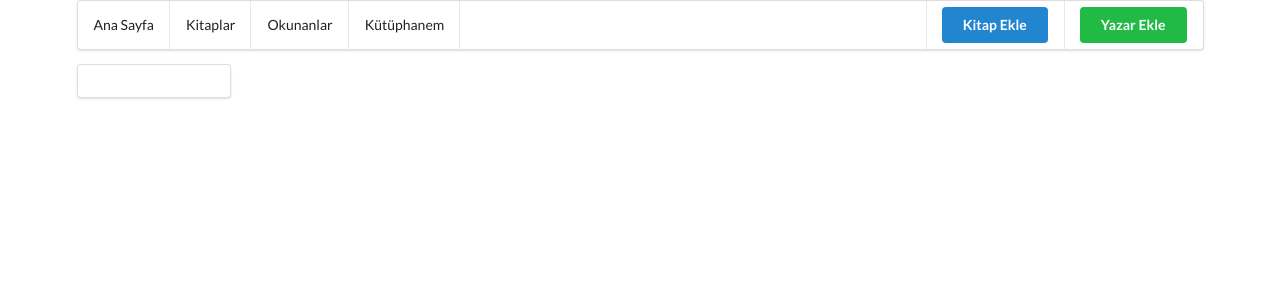
Repository: rizacantire/libraryReactApp
Page: /
An editor plug-in stored every save of this project. The page is shown before and after the next save, followed by the edit.
The browser window is 1280 px wide. The pictures show the whole page.
The page's requests for data from a server got no answer. The project was rebuilt for these pictures with package versions that can differ from the ones it lists, and the page was loaded fresh each time. No one was signed in, and anything a server would have sent is missing.

Above is the page before, as saved 2021-08-17 22:41:54.

### src/index.js
import React from 'react';
import ReactDOM from 'react-dom';
import './index.css';
import App from './App';
import reportWebVitals from './reportWebVitals';
import { BrowserRouter } from 'react-router-dom';

ReactDOM.render(

    <BrowserRouter>
    <App /></BrowserRouter>
    ,

  document.getElementById('root')
);

// If you want to start measuring performance in your app, pass a function
// to log results (for example: reportWebVitals(console.log))
// or send to an analytics endpoint. Learn more: https://bit.ly/CRA-vitals
reportWebVitals();

### src/App.js
import './App.css';
import Navi from './layouts/Navi';
import Dashboard from './layouts/Dashboard';
import LeftSide from './layouts/LeftSide'
import 'semantic-ui-css/semantic.min.css'
import { Container, Grid } from 'semantic-ui-react';


function App() {
  return (
    <div className="App">
      <Container>
        <Navi/>
          <Grid>
            <Grid.Row>
              <Grid.Column mobile={16} tablet={8} computer={4}>
                <LeftSide/>
              </Grid.Column>
              <Grid.Column mobile={16} tablet={8} computer={12}>
                <Dashboard/>
              </Grid.Column>
            </Grid.Row>
          </Grid>
      </Container>
    </div>
  );
}

export default App;

### src/layouts/Navi.jsx
import { Button, Menu } from "semantic-ui-react";
import React from "react";

export default function Navi() {
  return (
    <Menu>
      <Menu.Item name="home">Ana Sayfa</Menu.Item>
      <Menu.Item name="kitaplar" />
      <Menu.Item name="okunanlar" />
      <Menu.Item name="kutuphanem">Kütüphanem</Menu.Item>

      <Menu.Menu position="right">
        <Menu.Item>
          <Button primary>Kitap Ekle</Button>
        </Menu.Item>
        <Menu.Item>
          <Button color="green">Yazar Ekle</Button>
        </Menu.Item>
      </Menu.Menu>
    </Menu>
  );
}

### src/layouts/Dashboard.jsx
import React from 'react'
import { Grid, GridColumn } from 'semantic-ui-react'
import BookList from '../pages/BookList'


export default function Dashboard() {
    return (
        <div>
             <Grid>
                 <Grid.Row>
                     <BookList></BookList>
                     <GridColumn width={4}/>
                     <GridColumn width={4}/>
                     <GridColumn width={4}/>
                     <GridColumn width={4}/>
                 </Grid.Row>
             </Grid>
        </div>
    )
}

### src/layouts/LeftSide.jsx
import React from 'react'
import CategoryList from '../pages/CategoryList'

export default function LeftSide() {
    return (
        <div>
            <CategoryList/>
        </div>
    )
}

### src/pages/BookList.jsx
import React, { useEffect, useState } from "react";
import BookService from "../services/bookService";
//import { Link } from "react-router-dom";
import { Card, Grid } from "semantic-ui-react";

export default function BookList() {
  const [books, setBooks] = useState([]);
  useEffect(() => {
    let bookService = new BookService();
    bookService.getBooks().then((resut) => setBooks(resut.data.data));
  }, []);
  return (
    <div>
        <Card.Group>
      {books.map((book) => (
        <Card style={{ marginTop: 10 }}>
          <Card.Content>
            <Card.Header>{book.bookName}</Card.Header>
            <Card.Description>
              Matthew is a musician living in Nashville.
            </Card.Description>
          </Card.Content>
        </Card>
      ))}
      </Card.Group>
    </div>
  );
}

### src/pages/CategoryList.jsx
import React, { useEffect, useState } from "react";
import { Link } from "react-router-dom";
import { Menu } from "semantic-ui-react";
import CategoryService from "../services/categoryService";

export default function CategoryList() {
  const [categories, setCategories] = useState([]);
  useEffect(() => {
    let categoryService = new CategoryService();
    categoryService
      .getCategories()
      .then((resut) => setCategories(resut.data.data));
  }, []);
  return (
    <div>
      <Menu vertical size="tiny">
        {categories.map((category) => (
          <Menu.Item key={category.categoryId}>
            <Link to={`/bookCategory/${category.categoryId}`}>
              {category.categoryName}
            </Link>
          </Menu.Item>
        ))}
      </Menu>
    </div>
  );
}

### src/services/bookService.js
import axios from "axios";


export default class BookService{
    getBooks(){
        return axios.get("http://localhost:8080/api/books/getall")
    }
}

### src/services/categoryService.js
import axios from "axios";

export default class CategoryService{
    getCategories(){
        return axios.get("http://localhost:8080/api/categories/getall")
    }
}

Loaded but not shown: public/index.html (common file); src/index.css (common file); src/reportWebVitals.js (common file); src/App.css (common file)

After the next save:
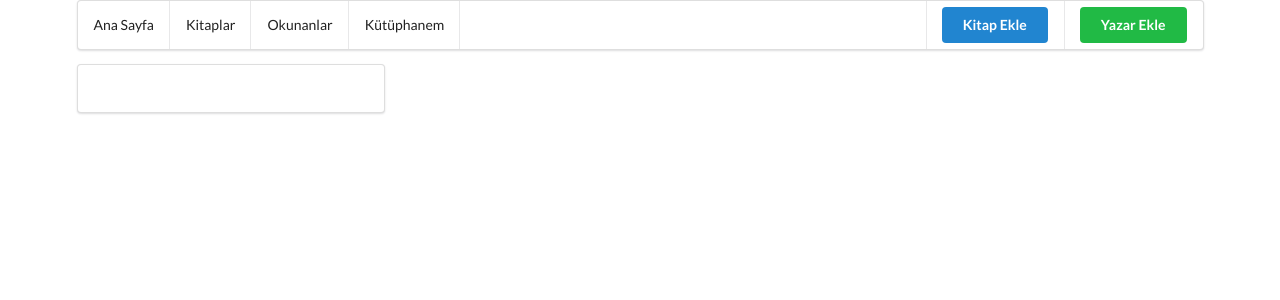
Saved 6 s later.
--- a/src/pages/CategoryList.jsx
+++ b/src/pages/CategoryList.jsx
@@ -13,7 +13,7 @@ export default function CategoryList() {
   }, []);
   return (
     <div>
-      <Menu vertical size="tiny">
+      <Menu vertical size="huge">
         {categories.map((category) => (
           <Menu.Item key={category.categoryId}>
             <Link to={`/bookCategory/${category.categoryId}`}>
